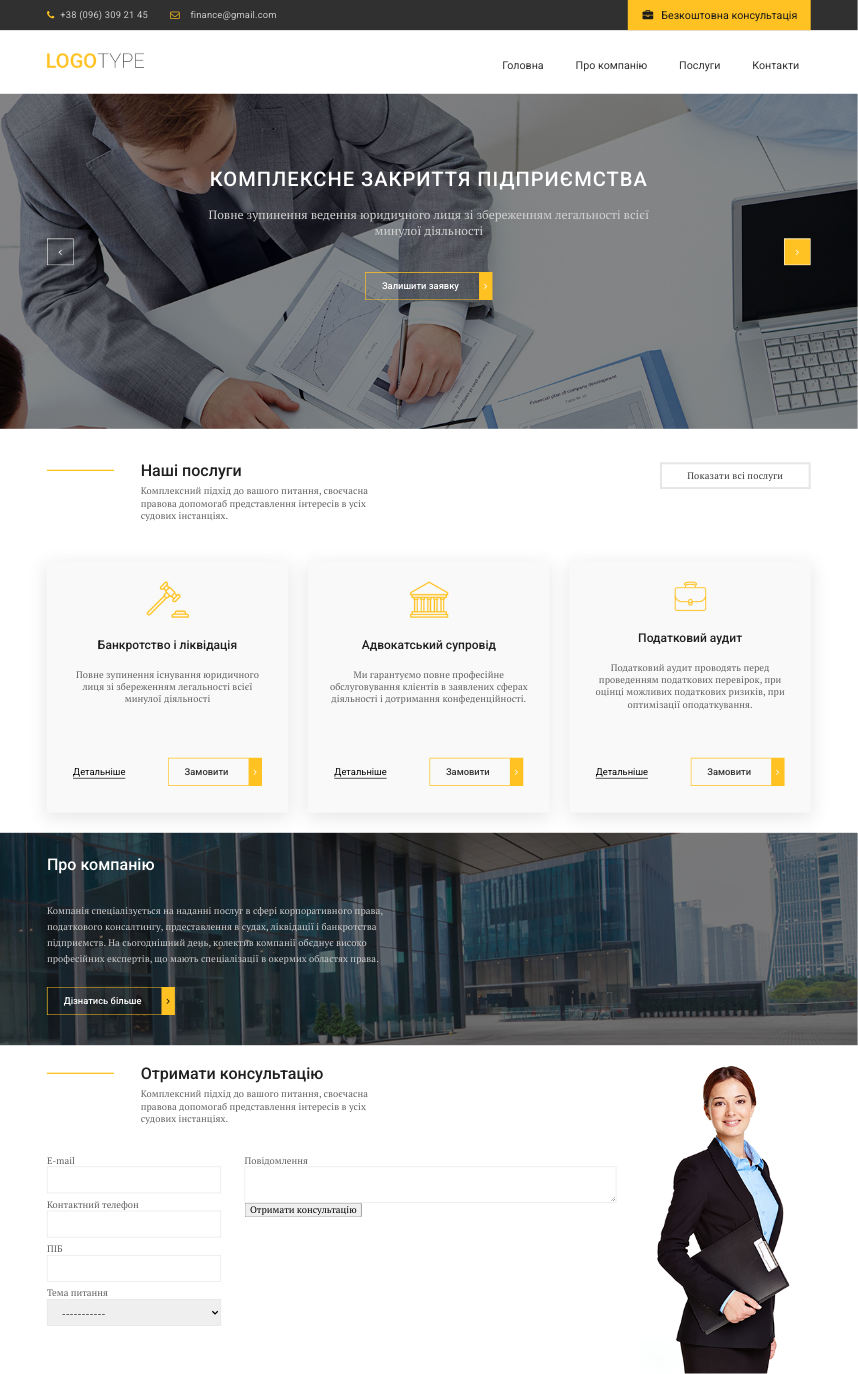
Repository: oliachipko/companysait
Page: index.html
The author's editor kept a copy of each file at every save. The page is drawn from the files as they stood at one save, then again after the next save.
The browser window is 1280 px wide. The pictures show the whole page, at 67% of full size.

Above is the page before, as saved 2020-11-20 04:15:50.

### index.html
<!DOCTYPE html>
<html lang="en">
  <head>
    <meta charset="UTF-8" />
    <meta name="viewport" content="width=device-width, initial-scale=1.0" />
    <title>Document</title>
    <link rel="preconnect" href="https://fonts.gstatic.com" />
    <link href="https://fonts.googleapis.com/css2?family=PT+Serif:wght@400;700&family=Roboto:wght@400;500;700&display=swap"
      rel="stylesheet"/>
    <link rel="stylesheet" href="css/normalize.css" />
    <link rel="stylesheet" href="css/fonts.css" />
    <link rel="stylesheet" href="css/jquery.fancybox.min.css" />
    <link rel="stylesheet" href="css/slick.css" />
    <link rel="stylesheet" href="css/style.css" />
  </head>
  <body>
    <header class="header">
      <div class="header__top">
        <div class="container">
          <div class="header__contacts">
            <a class="header__phone" href="tel:380963092145">+38 (096) 309 21 45</a>
            <a class="header__email" href="#">finance@gmail.com</a>
            <a data-fancybox data-src="#modal" href="javascript:;" href="#" class="header__btn">
              Безкоштовна консультація
            </a>
          </div>
        </div>
      </div>
      <div class="header__content">
        <div class="container">
          <div class="header__content-inner">
            <div class="header__logo">
              <a href="#">
                <img src="img/logo.png" alt="" />
              </a>
            </div>
            <nav class="menu">
              <ul>
                <li><a href="#">Головна</a></li>
                <li><a href="#">Про компанію</a></li>
                <li><a href="#">Послуги</a></li>
                <li><a href="#">Контакти</a></li>
              </ul>
            </nav>
          </div>
        </div>
      </div>
    </header>
    <section class="slider">
      <div class="container">
        <div class="slider__inner">
          <div class="slider__item">
            <div class="slider__item-content">
              <div class="slider__title">КОМПЛЕКСНЕ ЗАКРИТТЯ ПІДПРИЄМСТВА</div>
              <div class="slider__text">
                Повне зупинення ведення юридичного лиця зі збереженням
                легальності всієї минулої діяльності
              </div>
              <a data-fancybox data-src="#modal" href="javascript:;" class="slider__btn default-btn">
                Залишити заявку
              </a>
            </div>
          </div>

          <div class="slider__item">
            <div class="slider__item-content">
              <div class="slider__title">КОМПЛЕКСНЕ ЗАКРИТТЯ ПІДПРИЄМСТВА</div>
              <div class="slider__text">
                Повне зупинення ведення юридичного лиця зі збереженням
                легальності всієї минулої діяльності
              </div>
              <a data-fancybox data-src="#modal" href="javascript:;" class="slider__btn default-btn">
                Залишити заявку
              </a>
            </div>
          </div>

          <div class="slider__item">
            <div class="slider__item-content">
              <div class="slider__title">КОМПЛЕКСНЕ ЗАКРИТТЯ ПІДПРИЄМСТВА</div>
              <div class="slider__text">
                Повне зупинення ведення юридичного лиця зі збереженням
                легальності всієї минулої діяльності
              </div>
              <a data-fancybox data-src="#modal" href="javascript:;"class="slider__btn default-btn">
                Залишити заявку
              </a>
            </div>
          </div>
        </div>
      </div>
    </section>
    <section class="services">
      <div class="container">
        <div class="services__top">
          <div class="services__title-box">
            <div class="services__title">Наші послуги</div>
            <div class="services__text">
              Комплексний підхід до вашого питання, своєчасна правова допомогаб
              представлення інтересів в усіх судових інстанціях.
            </div>
          </div>
          <div class="services__btn">
          <a href="" class="services__btn"> Показати всі послуги </a>
        </div>
      </div>
      <div class="services__items">
        <div class="services__item">
          <img src="img/about-1.png" alt="">
          <div class="services__item-title">
            Банкротство і ліквідація
          </div>
          <div class="services__item-text">
            Повне зупинення існування юридичного лиця зі збереженням легальності всієї
            минулої діяльності
          </div>
          <div class="services__item-btn">
            <a class="services__item-link" href="#">Детальніше</a>
            <a data-fancybox data-src="#modal" href="javascript:;" class="default-btn">
                Замовити
            </a>
          </div>
        </div>

        <div class="services__item">
          <img src="img/about-2.png" alt="">
          <div class="services__item-title">
            Адвокатський супровід
          </div>
          <div class="services__item-text">
            Ми гарантуємо повне професійне обслуговування клієнтів в заявлених сферах
            діяльності і дотримання конфеденційності.
          </div>
          <div class="services__item-btn">
            <a class="services__item-link" href="#">Детальніше</a>
            <a data-fancybox data-src="#modal" href="javascript:;" class="default-btn">
                Замовити
            </a>
          </div>
        </div>

        <div class="services__item">
          <img src="img/about-3.png" alt="">
          <div class="services__item-title">
            Податковий аудит
          </div>
          <div class="services__item-text">
            Податковий аудит проводять перед проведенням податкових перевірок, при оцінці можливих
            податкових ризиків, при оптимізації оподаткування.
          </div>
          <div class="services__item-btn">
            <a class="services__item-link" href="#">Детальніше</a>
            <a data-fancybox data-src="#modal" href="javascript:;" class="default-btn">
                Замовити
            </a>
          </div>
        </div>
      </div>
    </section>
    <section class="about">
      <div class="container">
        <div class="about__inner">
        <div class="about__title">
          Про компанію
        </div>
        <div class="about__text">
          Компанія спеціалізується на наданні послуг в сфері корпоративного права, податкового
          консалтингу, прдеставлення в судах, ліквідації і банкротства підприємств. На
          сьогоднішний день, колектив компанії обєднує
          високо професійних експертів, що мають
          спеціалізації в окермих областях права.

        </div>
        <a  href="#" class="about__btn default-btn">
          Дізнатись більше
      </a>

      </div>
    </div>
    </section>
    <section class="form">
     <div class="container">
       <div class="form__inner">
         <div class="form__content">
          <div class="form__title-box">
            <div class="form__title">
              Отримати консультацію
            </div>
            <div class="form__text">
              Комплексний підхід до вашого питання, своєчасна правова допомогаб
              представлення інтересів в усіх судових інстанціях.
            </div>
          </div>
          <div class="form__box">
            <form>
              <div class="form__box-inner">
                <div class="form__box-left">
                  <label>
                  E-mail
                    <input type="text">
                  </label>
                  <label>
                  Контактний телефон
                    <input type="text">
                  </label>
                  <label>
                  ПІБ
                    <input type="text">
                  </label>
                  <label>
                    Тема питання
                    <select>
                      <option>-----------</option>
                      <option>-----------</option>
                      <option>-----------</option>
                      <option>-----------</option>
                    </select>
                  </label>

                </div>
                <div class="form__box-right">
                  <label>
                    Повідомлення
                    <textarea></textarea>
                  </label>
                  <button type="submit">Отримати консультацію</button>
                </div>
              </div>
            </form>
          </div>

         </div>
       </div>
     </div>
    </section>




    <div id="modal">
      <h2>Hello!</h2>
      <p>You are awesome!</p>
    </div>

    <script src="https://ajax.googleapis.com/ajax/libs/jquery/3.5.1/jquery.min.js"></script>
    <script src="js/jquery.fancybox.min.js"></script>
    <script src="js/slick.min.js"></script>
    <script src="js/main.js"></script>
  </body>
</html>

### css/fonts.css
@font-face {
  font-family: 'icomoon';
  src:  url('../fonts/icomoon.eot?nqt5zc');
  src:  url('../fonts/icomoon.eot?nqt5zc#iefix') format('embedded-opentype'),
    url('../fonts/icomoon.ttf?nqt5zc') format('truetype'),
    url('../fonts/icomoon.woff?nqt5zc') format('woff'),
    url('../fonts/icomoon.svg?nqt5zc#icomoon') format('svg');
  font-weight: normal;
  font-style: normal;
  font-display: block;
}

[class^="icon-"], [class*=" icon-"] {
  /* use !important to prevent issues with browser extensions that change fonts */
  font-family: 'icomoon' !important;
  speak: never;
  font-style: normal;
  font-weight: normal;
  font-variant: normal;
  text-transform: none;
  line-height: 1;

  /* Better Font Rendering =========== */
  -webkit-font-smoothing: antialiased;
  -moz-osx-font-smoothing: grayscale;
}

.icon-envelope-o:before {
  content: "\f003";
}
.icon-check:before {
  content: "\f00c";
}
.icon-map-marker:before {
  content: "\f041";
}
.icon-phone:before {
  content: "\f095";
}
.icon-briefcase:before {
  content: "\f0b1";
}
.icon-bars:before {
  content: "\f0c9";
}
.icon-navicon:before {
  content: "\f0c9";
}
.icon-reorder:before {
  content: "\f0c9";
}
.icon-angle-left:before {
  content: "\f104";
}
.icon-angle-right:before {
  content: "\f105";
}
.icon-quote-left:before {
  content: "\f10d";
}
.icon-quote-right:before {
  content: "\f10e";
}
.icon-ellipsis-v:before {
  content: "\f142";
}

### css/style.css
* {
    box-sizing: border-box;
}

a{
    text-decoration: none;
    display: inline-block;
}

ul,
li{
    list-style: none;
    margin: 0;
    padding: 0;
}
.container{
    max-width: 1170px;
    margin: 0 auto;
    padding: 0 15px;
}

body{
    font-family: 'PT Serif', serif;
    /*font-family: 'Roboto', sans-serif;*/
    font-weight: 400px;
    font-size: 14px;
    line-height: 18px;
    color: #5e5e5e;

}
header {
    font-family: 'Roboto', sans-serif;
}
.header__top{
   background-color: #303030;
}
.header__btn {
    float: right;
    line-height: 36px;
    color: #1b1b1b;
    background-color: #ffc222;
    padding: 5px 20px 4px 50px;
    font-size: 16px;
    position: relative;
}
.header__btn:before {
    content: "\f0b1";
    font-family: 'icomoon';
    position: absolute;
    left: 22px;
    color: #1b1b1b;
}
.header__contacts:after {
    content: "";
    clear: both;
    display: block;
}
.header__phone,
.header__email {
    color:#cbcacb;
    letter-spacing: 0.25px;
    line-height: 45px;
    position: relative;
}
.header__phone {
    padding-left: 20px;
    padding-right: 30px;
}
.header__phone:before {
    content: "\f095";
    font-family: 'icomoon';
    position: absolute;
    left: 0;
    color: #ffc222;
}
.header__email{
    padding-left: 30px;
}
.header__email:before {
    content: "\f003";
    font-family: 'icomoon';
    position: absolute;
    left: 0;
    color: #ffc222;
}
.header__content {
    padding: 34px 0px 23px;
}
.header__content-inner{
    display: flex;
    justify-content: space-between;
}
.menu li {
    display: inline-block;
}
.menu a{
    color: #323232;
    font-size: 16px;
    line-height: 36px;
    border: 1px solid transparent;
    padding: 0px 16px;
    transition: all .3s;
}
.menu a:hover {
    border-color: #ffc222;
}
.menu li + li{
    padding-left: 10px;
}
#modal {
    display: none;
}
.slider{
    background-image: url(../img/slider-fon.jpg);
    background-repeat: no-repeat;
    background-size: cover;
    background-position: center;
    min-height: 500px;
}
.slider__item-content{
    text-align: center;
    padding-top: 110px;
    max-width: 665px;
    margin: 0 auto;
}
.slider__title{
    text-transform: uppercase;
    font-size: 30px;
    line-height: 36px;
    color: white;
    font-weight: 500;
    letter-spacing: 1.5px;
    margin-bottom: 22px;
    font-family: 'Roboto', sans-serif;
}
.slider__text{
    line-height: 24px;
    font-size: 18px;
    color: #d3d2d2;
    margin-bottom: 50px;
}

.default-btn {
    display: inline-block;
    color: white;
    font-size: 14px;
    line-height: 24px;
    font-weight: 500;
    font-family: 'Roboto', sans-serif;
    padding: 8px 30px 8px 24px;
    border: 1px solid #ffc222;
    border-right-width: 20px;
    position: relative;
    z-index: 2;
    outline: none;
}
.default-btn:after {
    content: "\f105";
    font-family: 'icomoon';
    position: absolute;
    top: 50%;
    transform: translateY(-50%);
    right: -12px;
}


.slider__inner {
    position: relative;
}
.slick-btn {
    position: absolute;
    top: 70%;
    z-index: 3;
    width: 40px;
    height: 40px;
    border: 1px solid white;
    cursor: pointer;
    outline: none;
    background-color: #ffc222;
}
.slick-btn.slick-disabled {
    cursor: default;
    background-color: transparent;

}
.slick-btn:before{
    position: absolute;
    top: 50%;
    left: 50%;
    transform: translate(-50%, -50%);
    font-family: 'icomoon';
    color: white;

}
.slick-next:before{
    content: "\f105";
}
.slick-prev:before {
    content: "\f104";
}
.slick-next{
    right: 0;
}
.slick-prev{
    left: 0;
}
.services {
    padding: 50px 0px 30px;
}
.services__top{
    display: flex;
    justify-content: space-between;
    margin-bottom: 60px;
}
.services__title-box,
.form__title-box{
    max-width: 520px;
    padding-left: 140px;
    position: relative;
}
.services__title-box:before,
.form__title-box:before {
    content: "";
    position: absolute;
    width: 100px;
    height: 2px;
    background-color: #ffc222;
    left: 0;
    top: 11px;
}
.services__title,
.form__title{
    font-size: 24px;
    font-weight: 500;
    line-height: 24px;
    color: #212020;
    font-family: 'Roboto', sans-serif;
    margin-bottom: 10px;
}
.services__text,
.form__text{
    letter-spacing: 0.1px;
}
.services__btn a{
    color: #373636;
    line-height: 24px;
    letter-spacing: 0.25px;
    padding: 5px 38px;
    border: 3px solid #e6e6e6;
}
.services__items {
    display: flex;
    justify-content: space-between ;
}
.services__item {
    max-width: 360px;
    text-align: center;
    padding: 30px 0px 80px;
    position: relative;
    min-height: 375px;
    background-color: #f9f9f9;
    box-shadow: 0px 7px 24.3px 2.7px rgba(91, 89, 89, 0.14);
}
.services__item-title{
    color: #212020;
    font-size: 18px;
    line-height: 24px;
    font-weight: 500;
    font-family: 'Roboto', sans-serif;
    padding: 24px 0;
}
.services__item-text{
    letter-spacing: 0.1px;
    padding: 0px 30px 30px;
}
.services__item-btn {
    position: absolute;
    bottom: 40px;
    left: 0;
    right: 0;
}
.services__item-btn .default-btn {
    color: #373636;

}
.services__item-btn .default-btn:after {
    color: #ffffff;
}
.services__item-link{
    color: #050505;
    font-family: 'Roboto', sans-serif;
    border-bottom: 1px solid #050505 ;
    margin-right: 60px;
}
.about {
    background-image: url(../img/about-fon.jpg);
    background-size: cover;
    background-position: center;
    min-height: 300px;
    background-repeat: no-repeat;
    padding: 25px 0px 45px;

}
.about__inner{
    max-width: 545px;
}
.about__title{
    padding: 10px 0px 25px;
    margin-bottom: 20px;
    font-size: 24px;
    line-height: 24px;
    color: #fff;
    font-weight: 500;
    font-family: 'Roboto', sans-serif;
}
.about__text {
    margin-bottom: 30px;
    letter-spacing: 0.1px;
    line-height: 24px;
    color: #d3d2d2;
}
.about__btn.default-btn:after {
    color: #000;
}
.form {
    padding-top: 30px;
}
.form__inner {
    padding-bottom: 40px;
    background-image: url(../img/form-fon.png);
    min-height: 460px;
    background-repeat: no-repeat;
    background-position: bottom right;
}
.form__box{
    max-width: 850px;
    padding-top: 45px;
}
.form__box-inner {
    display: flex;
    justify-content: space-between;
}
.form__box-left{
    max-width: 260px;
    width: 100%;

}
.form__box-right{
    max-width: 555px;
    width: 100%;
}
.form__box-inner label,
.form__box-inner input,
.form__box-inner textarea,
.form__box-inner select{
    display: block;
    width: 100%;
}
.form__box-iiner label{
    line-height: 36px;
    color: #282828;
    font-family: 'Roboto', sans-serif;
}
.form__box-inner input{
    margin-bottom: 8px;
    outline: none;
    height: 40px;
    border: 1px solid #e6e6e6;
}
.form__box-inner select{
    outline: none;
    height: 40px;
    border: 1px solid #e6e6e6;
    padding-left: 17px;
}
.form__box-inner textarea{
    outline: none;
    border: 1px solid #e6e6e6;
    padding: 10px;
}

### js/main.js
$(function(){

$('.slider__inner').slick({
    nextArrow: '<button type="button" class="slick-btn slick-next"></button>',
    prevArrow: '<button type="button" class="slick-btn slick-prev"></button>',
    infinite: false

});


});

Loaded but not shown: css/normalize.css (library); css/jquery.fancybox.min.css (library); css/slick.css (common file); js/jquery.fancybox.min.js (library); js/slick.min.js (library)

After the next save:
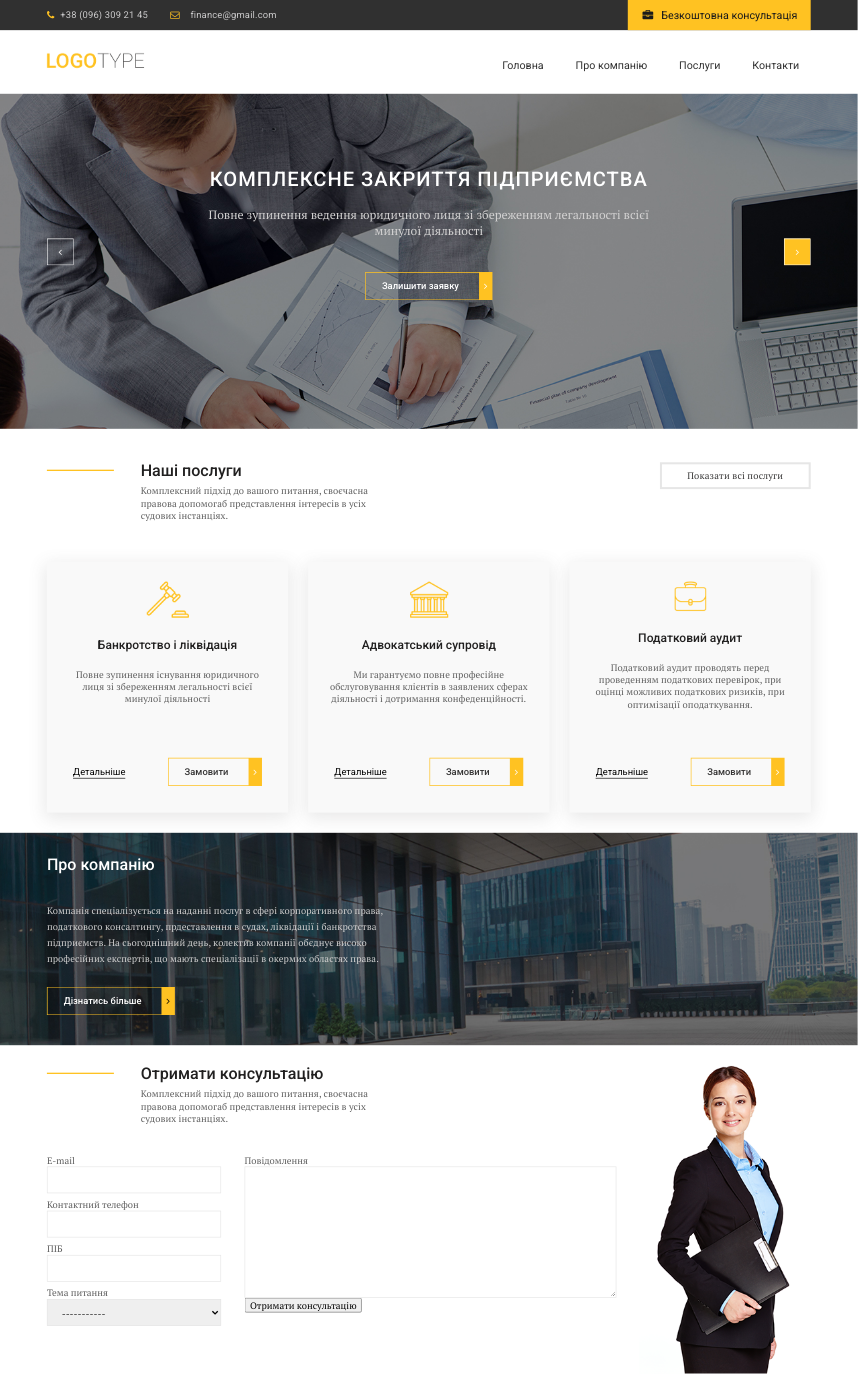
Saved 27 s later.
--- a/css/style.css
+++ b/css/style.css
@@ -377,4 +377,5 @@ header {
     outline: none;
     border: 1px solid #e6e6e6;
     padding: 10px;
-}
+    height: 196px;
+}
